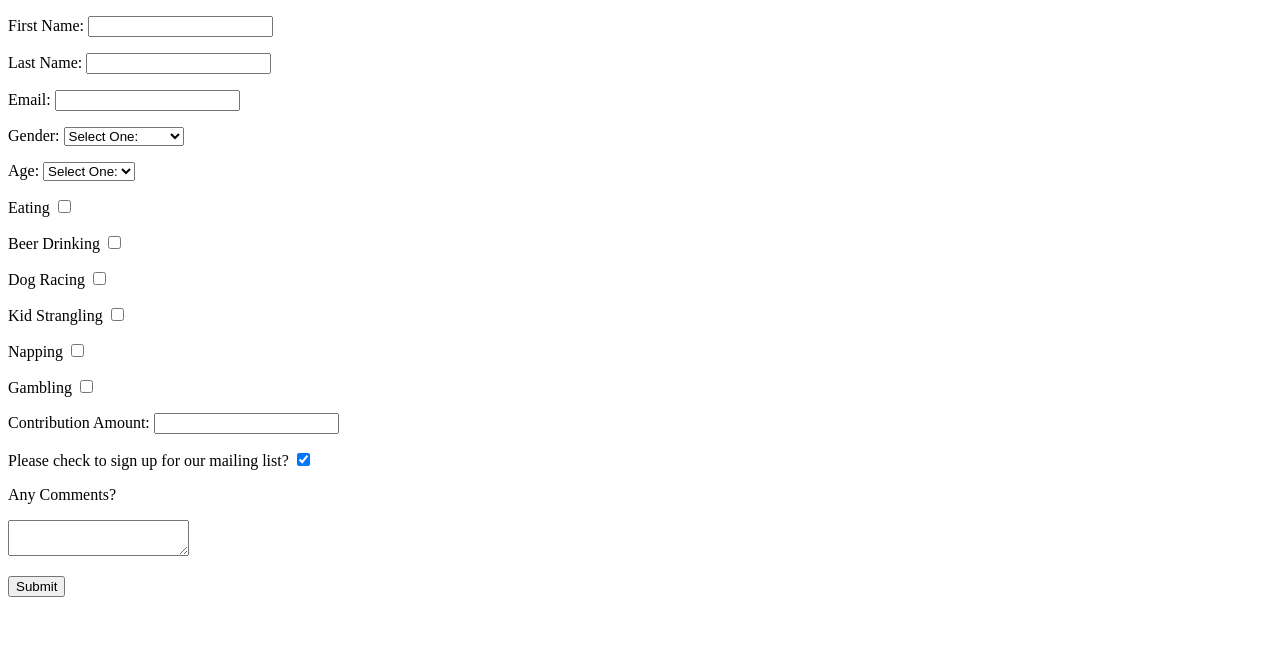
Repository: codieb1997/cosw30
Page: homework/home1/contact.html
The author's editor kept a record of every edit. The page is drawn from the files as they stood at one moment, then again after the next edit.
The browser window is 1280 px wide. The pictures show the whole page.

Above is the page before.

After the next edit:
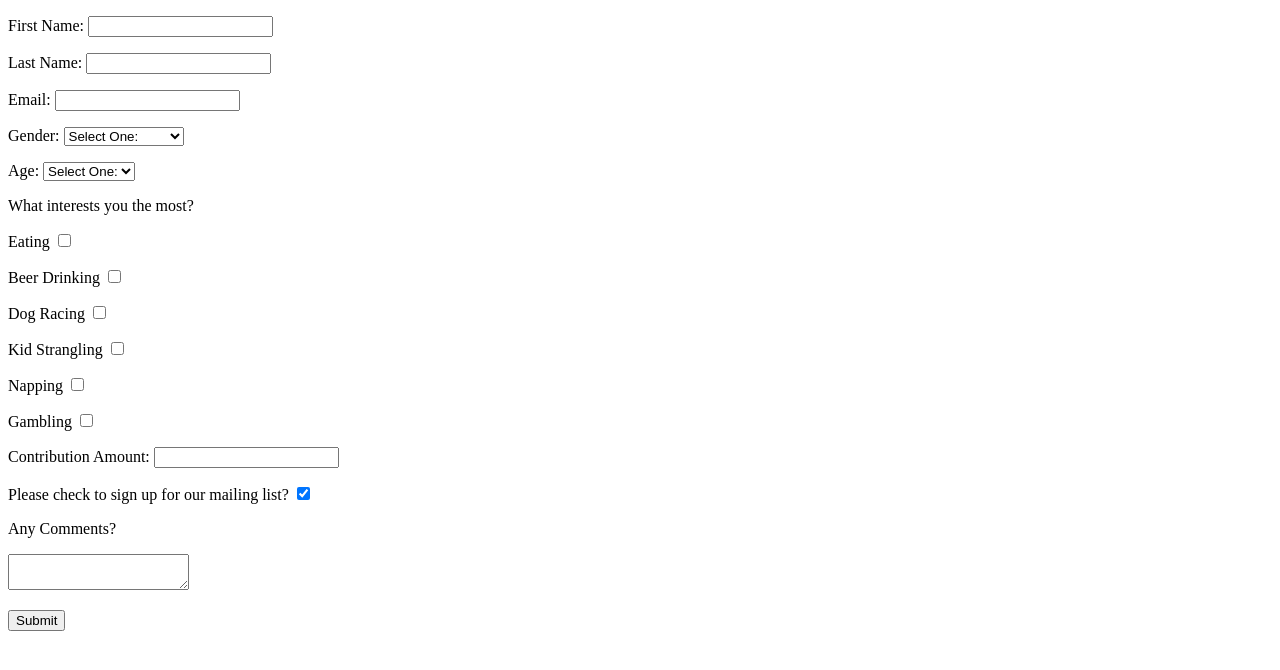
The edit:
--- a/homework/home1/contact.html
+++ b/homework/home1/contact.html
@@ -34,6 +34,7 @@
             </select>
                 </p>
 
+            <p>What interests you the most?</p>
             <p><label>Eating
                 <input type="checkbox" name="eating" id="eating">
             </label></p>
